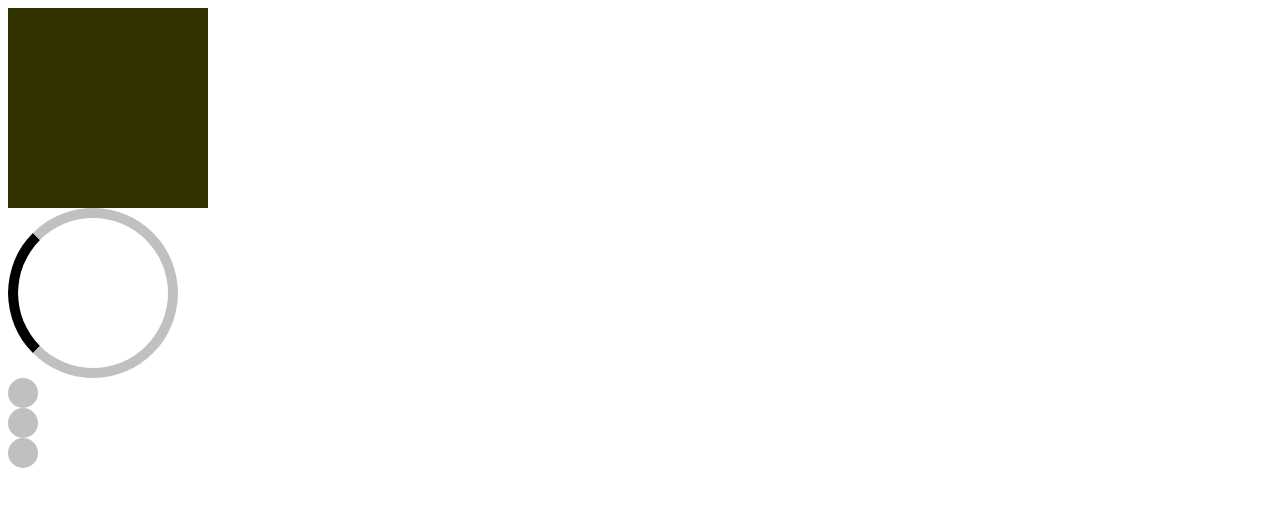
Repository: mariawasilewa-coca-cola/test1
Page: index.html
These files come from the project's save history. The page is drawn as it stood at one moment and after the next save; the edit follows.
The browser window is 1280 px wide. The pictures show the whole page.

Above is the page before, as saved 2021-11-04 19:17:29.

### index.html
<!DOCTYPE html>
<html>
    <head>
        <link rel="stylesheet" href="style.css"/>
    </head>
    <body>

        <div class="animation">

        </div>

        <div class="loading"></div>

        <div class="loading-dots">
            <div></div>
            <div></div>
            <div></div>
        </div>
    </body>
</html>

### style.css
.animation {
    width: 200px;
    height: 200px;
    background-color: red;
    /* animation-name: change-bg-color;
    animation-duration: 4s;
    animation-fill-mode: forwards;
    animation-iteration-count: 3;
    animation-delay: 2s; */

    animation: change-bg-color 4s forwards 3 2s;
}

@keyframes change-bg-color {
    0% {
        background-color: red;
    }

    30% {
        background-color: green;
    }

    50% {
        background-color: yellow;
    }

    100% {
        background-color: black;
    }
}

.loading {
    width: 150px;
    height: 150px;
    border-radius: 50%;
    border-top: 10px solid silver;
    border-left: 10px solid silver;
    border-right: 10px solid silver;
    border-bottom: 10px solid black;

    animation: loading .8s infinite linear;
}

@keyframes loading {
    from {
        transform: rotate(0deg);
    }

    to {
        transform: rotate(360deg);
    }
}
.loading-dots {
    text-align: center;
}

.loading-dots div {
    width: 30px;
    height: 30px;
    border-radius: 50%;
    background-color: silver;

}

.loading-dots div:nth-of-type(1) {
    animation: loading-dots .5s;
}

.loading-dots div:nth-of-type(2) {
    animation: loading-dots .5s 1s;
}

.loading-dots div:nth-of-type(3) {
    animation: loading-dots .5s 2s;
}

@keyframes loading-dots {
    from {
        background-color: silver;
    }

    to {
        background-color: white;
    }
}

After the next save:
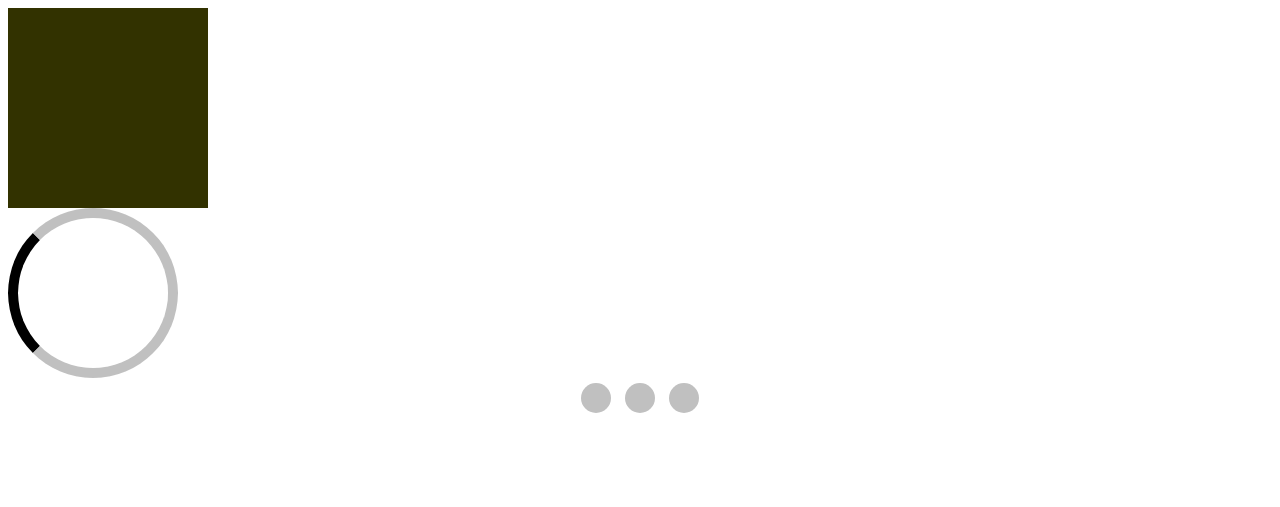
Saved 17 s later.
--- a/style.css
+++ b/style.css
@@ -59,7 +59,8 @@
     height: 30px;
     border-radius: 50%;
     background-color: silver;
-
+    display: inline-block;
+    margin: 5px;
 }
 
 .loading-dots div:nth-of-type(1) {
